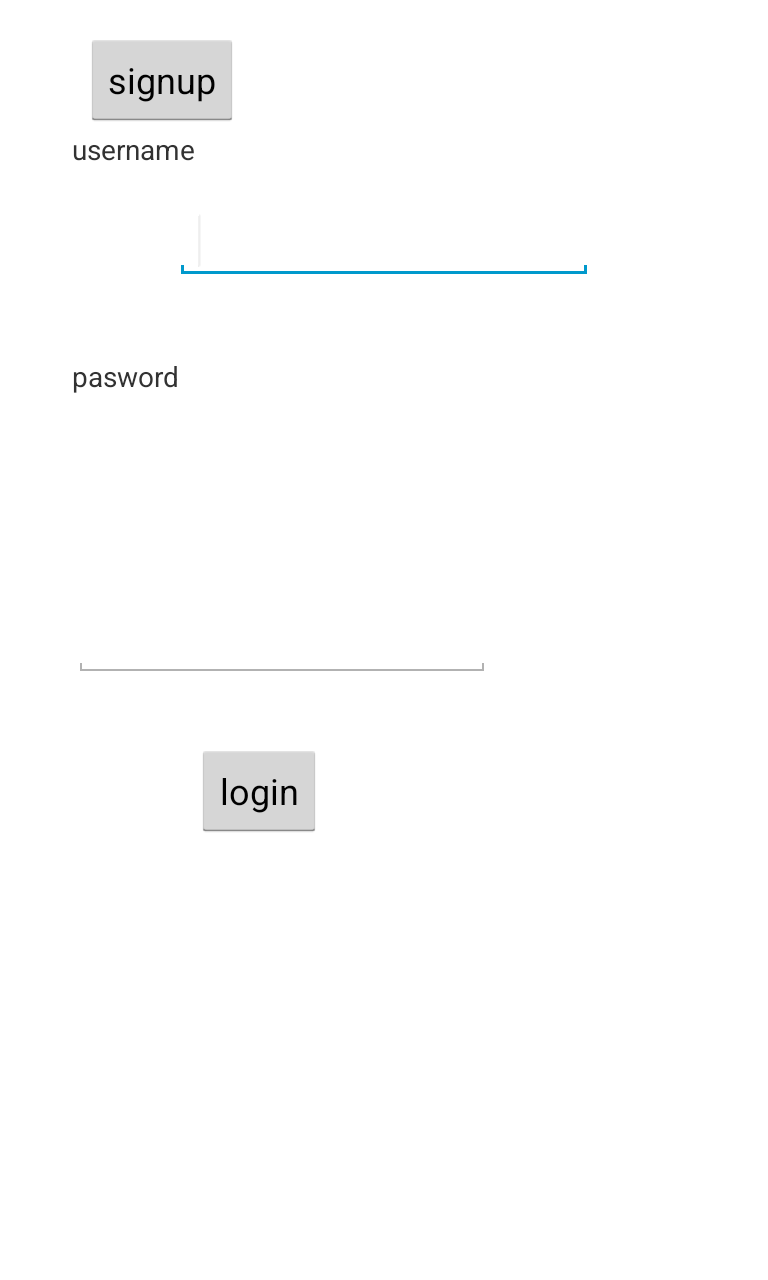
Repository: arjuntheprogrammer/iact
Layout: iact/iact android practice/mywork/login/res/layout/activity_main.xml
These files come from the project's save history. The layout is drawn as it stood at one moment and after the next save; the edit follows.
It is drawn on a 768 x 1280 px phone screen (xhdpi) without system bars, with theme AppTheme; the app's code is not run.

Above is the layout before, as saved 2016-01-04 19:20:23.

### iact/iact android practice/mywork/login/res/layout/activity_main.xml
<RelativeLayout xmlns:android="http://schemas.android.com/apk/res/android"
    xmlns:tools="http://schemas.android.com/tools"
    android:layout_width="match_parent"
    android:layout_height="match_parent"
    android:paddingBottom="@dimen/activity_vertical_margin"
    android:paddingLeft="@dimen/activity_horizontal_margin"
    android:paddingRight="@dimen/activity_horizontal_margin"
    android:paddingTop="@dimen/activity_vertical_margin"
    tools:context=".MainActivity" >

    <TextView
        android:id="@+id/textView1"
        android:layout_width="wrap_content"
        android:layout_height="wrap_content"
        android:layout_alignParentLeft="true"
        android:layout_alignParentTop="true"
        android:layout_marginLeft="20dp"
        android:layout_marginTop="49dp"
        android:text="username" />

    <EditText
        android:id="@+id/editText1"
        android:layout_width="wrap_content"
        android:layout_height="wrap_content"
        android:layout_below="@+id/textView1"
        android:layout_centerHorizontal="true"
        android:layout_marginTop="17dp"
        android:ems="10" >

        <requestFocus />
    </EditText>

    <TextView
        android:id="@+id/textView2"
        android:layout_width="wrap_content"
        android:layout_height="wrap_content"
        android:layout_alignLeft="@+id/textView1"
        android:layout_below="@+id/editText1"
        android:layout_marginTop="38dp"
        android:text="pasword" />

    <Button
        android:id="@+id/button1"
        android:layout_width="wrap_content"
        android:layout_height="wrap_content"
        android:layout_below="@+id/editText2"
        android:layout_marginTop="32dp"
        android:layout_toRightOf="@+id/textView1"
        android:text="login" />

    <EditText
        android:id="@+id/editText2"
        android:layout_width="wrap_content"
        android:layout_height="wrap_content"
        android:layout_alignLeft="@+id/textView2"
        android:layout_centerVertical="true"
        android:ems="10"
        android:inputType="textPassword" />


    <Button
        android:id="@+id/button2"
        android:layout_width="wrap_content"
        android:layout_height="wrap_content"
        android:layout_alignBaseline="@+id/textView3"
        android:layout_alignBottom="@+id/textView3"
        android:layout_marginLeft="26dp"
        android:layout_toRightOf="@+id/textView3"
        android:text="signup" />

</RelativeLayout>

Loaded but not shown: iact/iact android practice/mywork/login/res/values/styles.xml (common file); iact/iact android practice/mywork/login/res/values-v11/styles.xml (common file); iact/iact android practice/mywork/login/res/values-v14/styles.xml (common file); iact/iact android practice/mywork/login/res/values/dimens.xml (common file)

After the next save:
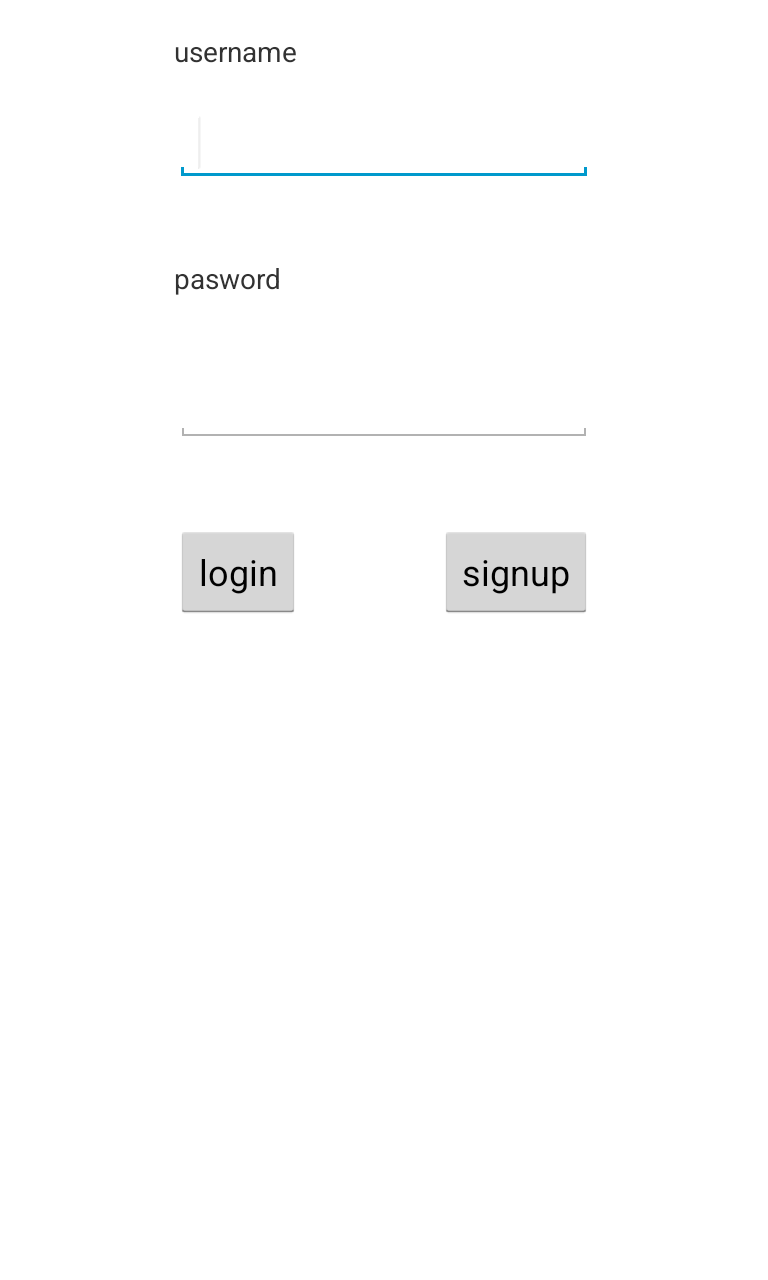
Saved 2 min 46 s later.
--- a/iact/iact android practice/mywork/login/res/layout/activity_main.xml
+++ b/iact/iact android practice/mywork/login/res/layout/activity_main.xml
@@ -7,16 +7,6 @@
     android:paddingRight="@dimen/activity_horizontal_margin"
     android:paddingTop="@dimen/activity_vertical_margin"
     tools:context=".MainActivity" >
-
-    <TextView
-        android:id="@+id/textView1"
-        android:layout_width="wrap_content"
-        android:layout_height="wrap_content"
-        android:layout_alignParentLeft="true"
-        android:layout_alignParentTop="true"
-        android:layout_marginLeft="20dp"
-        android:layout_marginTop="49dp"
-        android:text="username" />
 
     <EditText
         android:id="@+id/editText1"
@@ -39,33 +29,40 @@
         android:layout_marginTop="38dp"
         android:text="pasword" />
 
-    <Button
-        android:id="@+id/button1"
+    <TextView
+        android:id="@+id/textView1"
         android:layout_width="wrap_content"
         android:layout_height="wrap_content"
-        android:layout_below="@+id/editText2"
-        android:layout_marginTop="32dp"
-        android:layout_toRightOf="@+id/textView1"
-        android:text="login" />
+        android:layout_alignLeft="@+id/editText1"
+        android:layout_alignParentTop="true"
+        android:text="username" />
 
     <EditText
         android:id="@+id/editText2"
         android:layout_width="wrap_content"
         android:layout_height="wrap_content"
         android:layout_alignLeft="@+id/textView2"
-        android:layout_centerVertical="true"
+        android:layout_below="@+id/textView2"
+        android:layout_marginTop="34dp"
         android:ems="10"
         android:inputType="textPassword" />
 
+    <Button
+        android:id="@+id/button1"
+        android:layout_width="wrap_content"
+        android:layout_height="wrap_content"
+        android:layout_alignLeft="@+id/editText2"
+        android:layout_below="@+id/editText2"
+        android:layout_marginTop="40dp"
+        android:text="login" />
 
     <Button
         android:id="@+id/button2"
         android:layout_width="wrap_content"
         android:layout_height="wrap_content"
-        android:layout_alignBaseline="@+id/textView3"
-        android:layout_alignBottom="@+id/textView3"
-        android:layout_marginLeft="26dp"
-        android:layout_toRightOf="@+id/textView3"
+        android:layout_alignBaseline="@+id/button1"
+        android:layout_alignBottom="@+id/button1"
+        android:layout_alignRight="@+id/editText1"
         android:text="signup" />
 
 </RelativeLayout>
